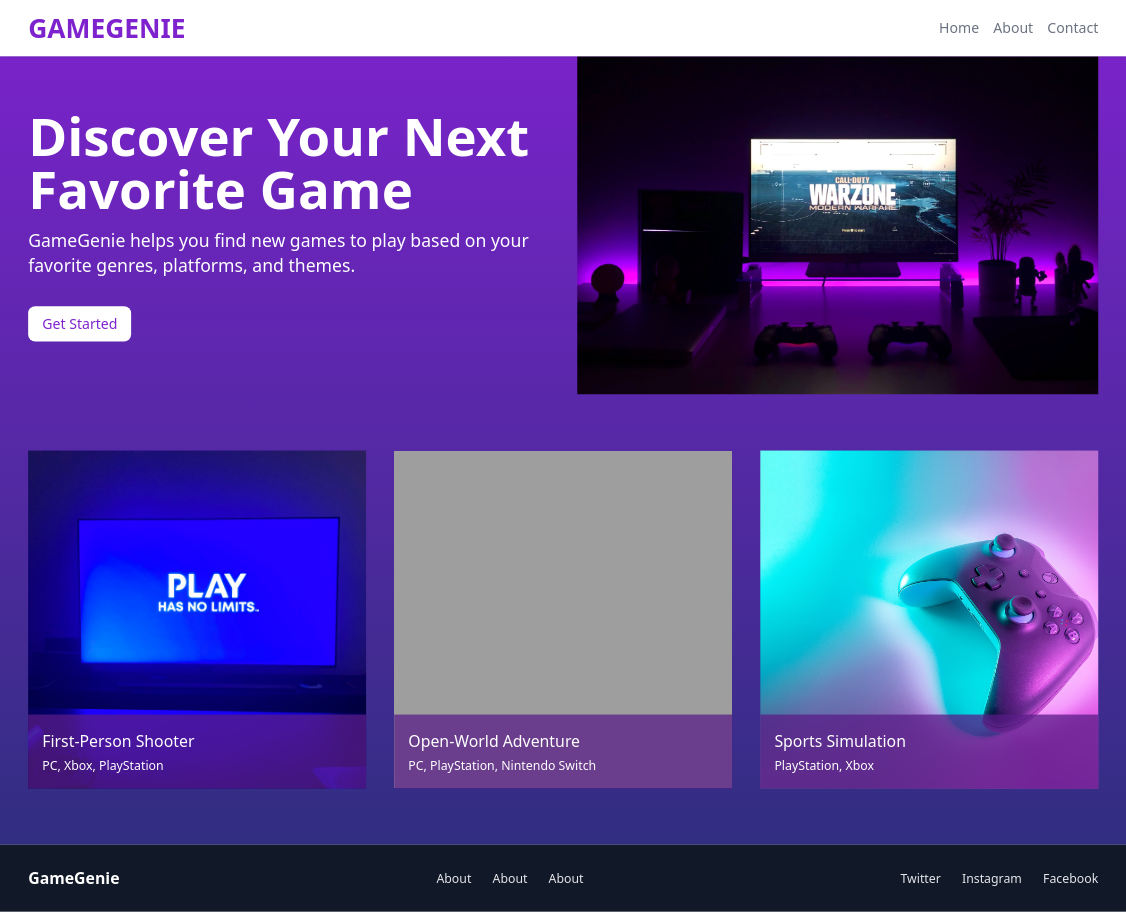
Repository: mfaeezshabbir/Gamegenie
Page: /
An editor plug-in stored every save of this project. The page is shown before and after a run of saves, followed by the edit.
The browser window is 1280 px wide. The pictures show the whole page, at 88% of full size.
Pictures or frames that could not be fetched are drawn as grey boxes. The project was rebuilt for these pictures with package versions that can differ from the ones it lists, and the page was loaded fresh each time. The framework's server and built-in components were replaced by stand-ins that run in the browser. Also part of the build but not shown: next.config.js.

Above is the page before, as saved 2023-04-16 15:30:55.

After the next 7 saves:
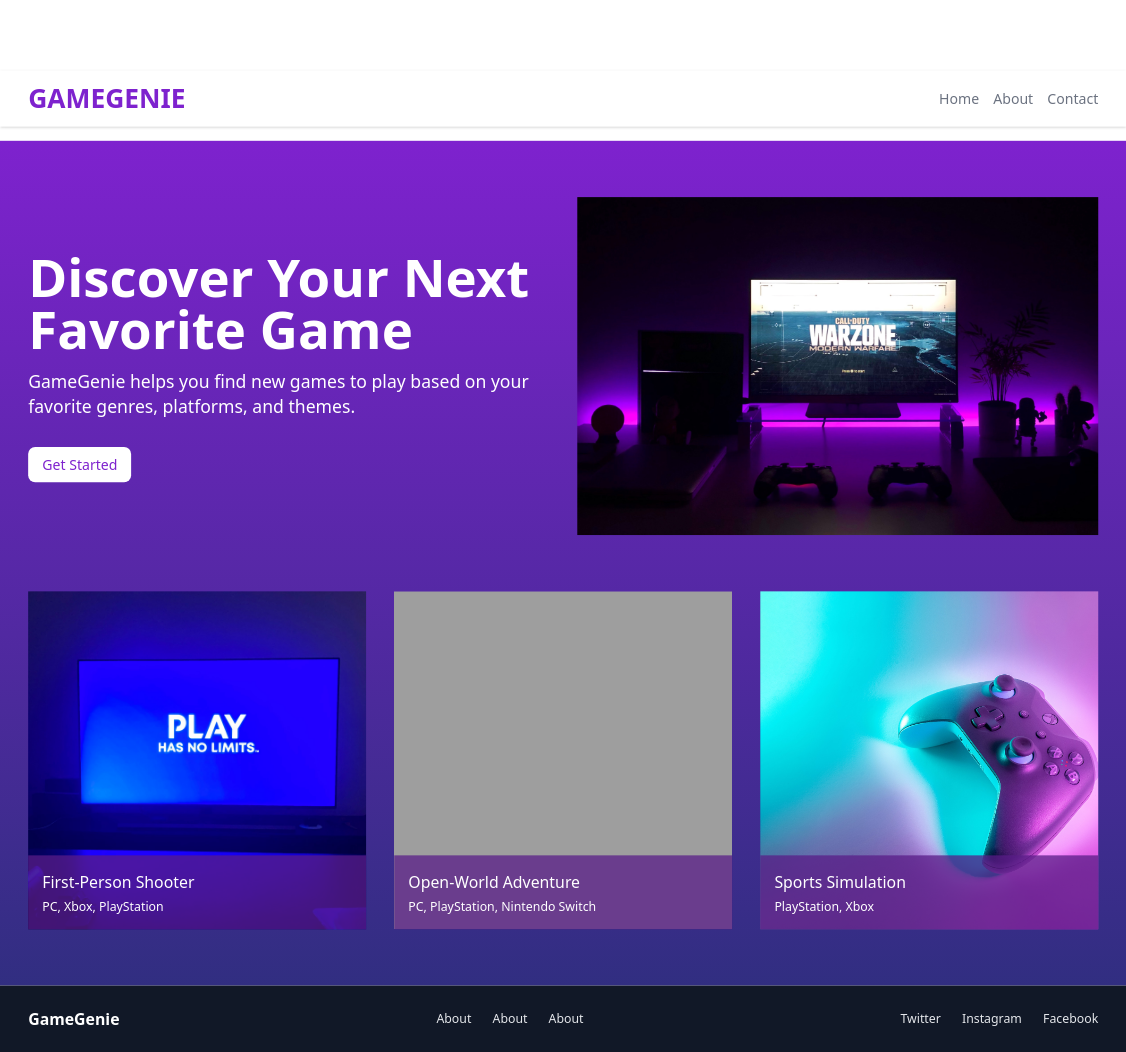
The 7 saves are shown as one change because they came seconds apart.
The last was saved 66 s later.
--- a/pages/_app.js
+++ b/pages/_app.js
@@ -6,8 +6,13 @@
   return (
     <>
       <Header />
-      <Component {...pageProps} />
-      <Footer/>
+      <div
+        className="main-content"
+        style={{ marginTop: "80px", paddingTop: "80px" }}
+      >
+        <Component {...pageProps} />
+      </div>
+      <Footer />
     </>
   );
 }
